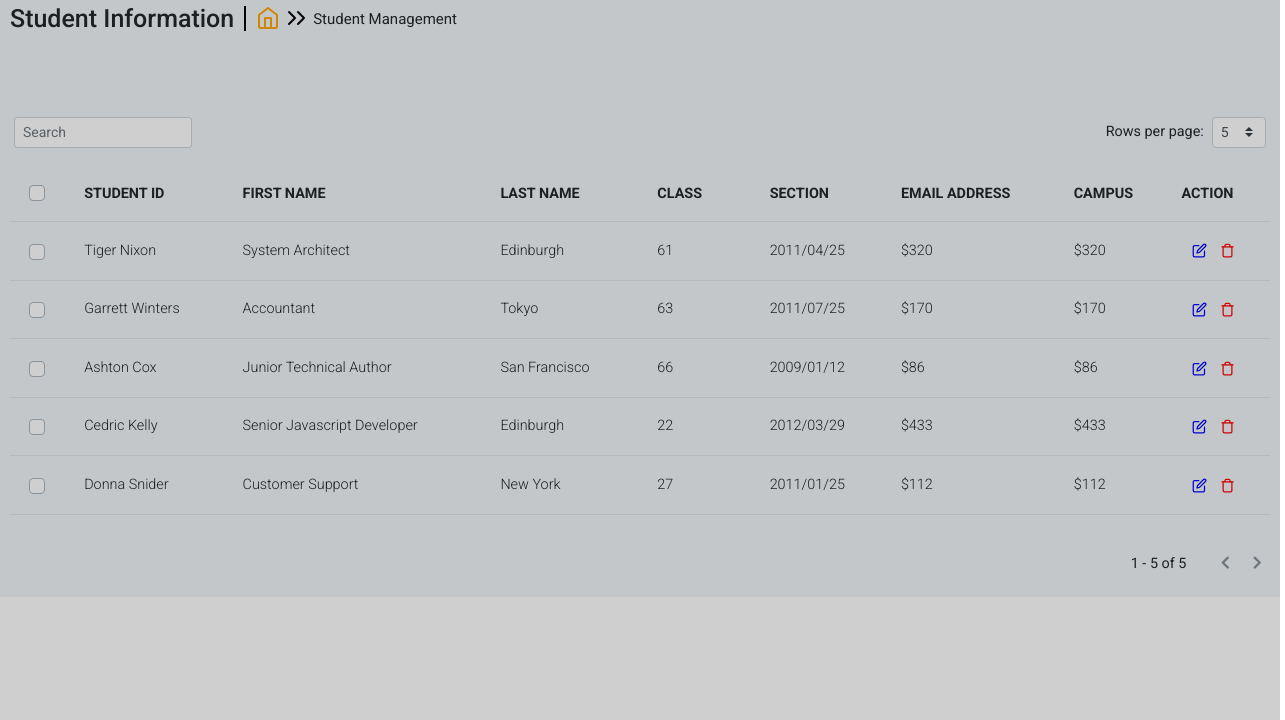
Repository: deepakrajput1998/hestabit_assignment
Page: /
An editor plug-in stored every save of this project. The page is shown before and after the next save, followed by the edit.
The browser window is 1280 px wide. The page is 1285 px wide, so the pictures cover 1285 px, including what lies to the right of the window. The pictures show the whole page.
The project was rebuilt for these pictures with package versions that can differ from the ones it lists, and the page was loaded fresh each time.

Above is the page before, as saved 2021-07-25 05:30:55.

### src/index.js
import React from 'react';
import ReactDOM from 'react-dom';
import './index.css';
import App from './App';
import reportWebVitals from './reportWebVitals';
import "@fortawesome/fontawesome-free/css/all.min.css";
import "bootstrap-css-only/css/bootstrap.min.css";
import "mdbreact/dist/css/mdb.css";
ReactDOM.render(
  <React.StrictMode>
    <App />
  </React.StrictMode>,
  document.getElementById('root')
);

// If you want to start measuring performance in your app, pass a function
// to log results (for example: reportWebVitals(console.log))
// or send to an analytics endpoint. Learn more: https://bit.ly/CRA-vitals
reportWebVitals();

### src/Pages/StudentListing/StudentListing.js
import React from 'react'
import classes from "./StudentListing.module.css";
import {Home ,ChevronRight} from 'react-feather'
import DataTable from '../../Component/Common/DataTable/DataTable';
import { Sidedrawer } from '../../Component/Sidedrawer/Sidedrawer';
import { useRef } from 'react';
import Backdrop from '../../Component/Common/Backdrop/Backdrop';
const StudentListing = () => {
   const sideDrawerRef= useRef()
    return (
      <div>
        <Sidedrawer sideDrawerRef={sideDrawerRef} />
        <div className={classes.StudentListing_header}>
          <span className={classes.StudentListing_title}>
            Student Information
          </span>
          <div className={classes.StudentListing_seprator}></div>
          <span style={{ marginTop: "5px" }}>
            {" "}
            <Home color="orange" />
          </span>
          <span style={{ marginTop: "5px" }}>
            {" "}
            <ChevronRight color="black" />
            <ChevronRight style={{ marginLeft: "-15px" }} color="black" />
          </span>
          <span className={classes.StudentListing_title2}>
            Student Management
          </span>
        </div>
        <div className="">
          <DataTable sideDrawerRef={sideDrawerRef} />
        </div>
        <Backdrop />
      </div>
    );
}

export default StudentListing

### src/Pages/StudentListing/StudentListing.module.css
.StudentListing_title{
    font-size: 25px;
    font-weight: 500;
}
.StudentListing_title2{
    font-size: 15px;
    font-weight: 400;
     margin-block: auto;
}
.StudentListing_seprator{
    height: 25px;
    width:2px;
    background-color: black;
    margin-block: auto;
    margin-inline: 10px;
}
.StudentListing_header{
    display: flex;
    margin-bottom: 5%;
}

### src/Component/Common/DataTable/DataTable.js
import React from "react";
import { MDBDataTableV5 } from "mdbreact";
import { Edit, Trash } from "react-feather";
import { useEffect } from "react";

export default function DataTable({sideDrawerRef,...rest}) {

    function openNav() {
    sideDrawerRef.current.style.width = "350px";
    }
  const [datatable, seatatable] = React.useState({
    columns: [
      {
        label: "STUDENT ID",
        field: "sid",
        width: 150,
        attributes: {
          "aria-controls": "DataTable",
          "aria-label": "Name",
        },
      },
      {
        label: "FIRST NAME",
        field: "fname",
        width: 270,
      },
      {
        label: "LAST NAME",
        field: "lname",
        width: 270,
      },
      {
        label: "CLASS",
        field: "class",
        width: 200,
      },
      {
        label: "SECTION",
        field: "section",
        sort: "asc",
        width: 100,
      },
      {
        label: "EMAIL ADDRESS",
        field: "email",
        sort: "disabled",
        width: 150,
      },
      {
        label: "CAMPUS",
        field: "campus",
        sort: "disabled",
        width: 100,
      },
      {
        label: "ACTION",
        field: "action",
        sort: "disabled",
        width: 100,
      },
    ],
    rows: [
      {
        sid: "Tiger Nixon",
        fname: "System Architect",
        lname: "Edinburgh",
        class: "61",
        section: "2011/04/25",
        email: "$320",
        campus: "$320",
        action: (
          <>
            <Edit style={{cursor:'pointer', marginInline:'10px'}} color='blue' size={15} />{" "}
            <Trash color='red' size={15} />
          </>
        ),
      },
      {
        sid: "Garrett Winters",
        fname: "Accountant",
        lname: "Tokyo",
        class: "63",
        section: "2011/07/25",
        email: "$170",
        campus: "$170",
        action: (
          <>
            <Edit style={{cursor:'pointer', marginInline:'10px'}} onClick={()=>{
                openNav()
            }} color='blue' size={15} /> <Trash color='red'  size={15} />
          </>
        ),
      },
      {
        sid: "Ashton Cox",
        fname: "Junior Technical Author",
        lname: "San Francisco",
        class: "66",
        section: "2009/01/12",
        email: "$86",
        campus: "$86",
        action: (
          <>
            <Edit style={{cursor:'pointer', marginInline:'10px'}} color='blue' size={15} /> <Trash color='red'  size={15} />
          </>
        ),
      },
      {
        sid: "Cedric Kelly",
        fname: "Senior Javascript Developer",
        lname: "Edinburgh",
        class: "22",
        section: "2012/03/29",
        email: "$433",
        campus: "$433",
        action: (
          <>
            <Edit style={{cursor:'pointer', marginInline:'10px'}} color='blue' size={15} /> <Trash color='red'  size={15} />
          </>
        ),
      },

      {
        sid: "Donna Snider",
        fname: "Customer Support",
        lname: "New York",
        class: "27",
        section: "2011/01/25",
        email: "$112",
        campus: "$112",
        action: (
          <>
            <Edit style={{cursor:'pointer', marginInline:'10px'}} color='blue' size={15} /> <Trash color='red'  size={15} />
          </>
        ),
      },
    ],
  });
  const [checkbox1, setCheckbox1] = React.useState("");

  const showLogs2 = (e) => {
    setCheckbox1(e);
  };

  return (
    <>
      <MDBDataTableV5
        hover
        entriesOptions={[5, 20, 25]}
        entries={5}
        pagesAmount={4}
        data={datatable}
        checkbox
        headCheckboxID="id41"
        bodyCheckboxID="checkboxes41"
        getValueCheckboxes={(e) => {
          showLogs2(e);
        }}
        getValueAllCheckBoxes={(e) => {
          showLogs2(e);
        }}
        multipleCheckboxes
        filledCheckboxes
        pagingTop
        searchTop
        searchBottom={false}

      />
    </>
  );
}

### src/Component/Sidedrawer/Sidedrawer.js
import React from 'react'
import { useRef } from 'react';
import classes from "./Sidedrawer.module.css";

export const Sidedrawer = ({onOpenClick,...rest}) => {


    function closeNav() {
     rest.sideDrawerRef.current.style.width = "0";
    }
    return (
      <div>
        <div
          ref={rest.sideDrawerRef}
          id="mySidenav"
          className={classes.sidenav}
        >
          <div style={{ display: "flex" }}>
            {" "}
            <span className={classes.sidenav_title} >Edit Student</span>
            <span
              href="javascript:void(0)"
              className={classes.closebtn}
              onClick={() => {
                closeNav();
              }}
            >
              &times;
            </span>
          </div>
          <div className={classes.sidenav_container}>
           hi
          </div>
        </div>
      </div>
    );
}

### src/Component/Common/Backdrop/Backdrop.js
import React from "react";
import classes from "./Backdrop.module.css";
const Backdrop = ({ onCancelHandler=()=>{}, ...rest }) => {
  return (
    <div onClick={() => onCancelHandler()} className={classes.BackDrop}></div>
  );
};
export default Backdrop;

### src/Component/Sidedrawer/Sidedrawer.module.css
.sidenav {
  height: 100%;
  width: 0;
  position: fixed;
  z-index: 2;
  top: 0;
  right: 0;
  background-color: #fff;
  overflow-x: hidden;
  transition: 0.5s;


}

.sidenav_container{

 padding: 18px;
 padding-top: 60px;
}





.sidenav .closebtn {
  position: absolute;
  top: -5px;
  right: 5px;
  font-size: 36px;
 text-decoration: none;
  font-size: 35px;
  color: #818181;
  transition: 0.3s;
      cursor: pointer;
}
.closebtn :hover{
    color: black;

}

@media screen and (max-height: 450px) {
  .sidenav {padding-top: 15px;}
  .sidenav a {font-size: 18px;}
}
.sidenav_title{
    font-weight: 400;
    font-size: 20px;
    margin-inline: 20px;
}

### src/Component/Common/Backdrop/Backdrop.module.css
.BackDrop {
  position: fixed;
  top: 0;
  left: 0;
  right: 0;
  bottom: 0;
  background-color: #111;
  opacity: 0.2;
  z-index: 1;
}

Loaded but not shown: public/index.html (common file); src/index.css (common file); src/App.js (common file); src/reportWebVitals.js (common file); src/App.css (common file)

After the next save:
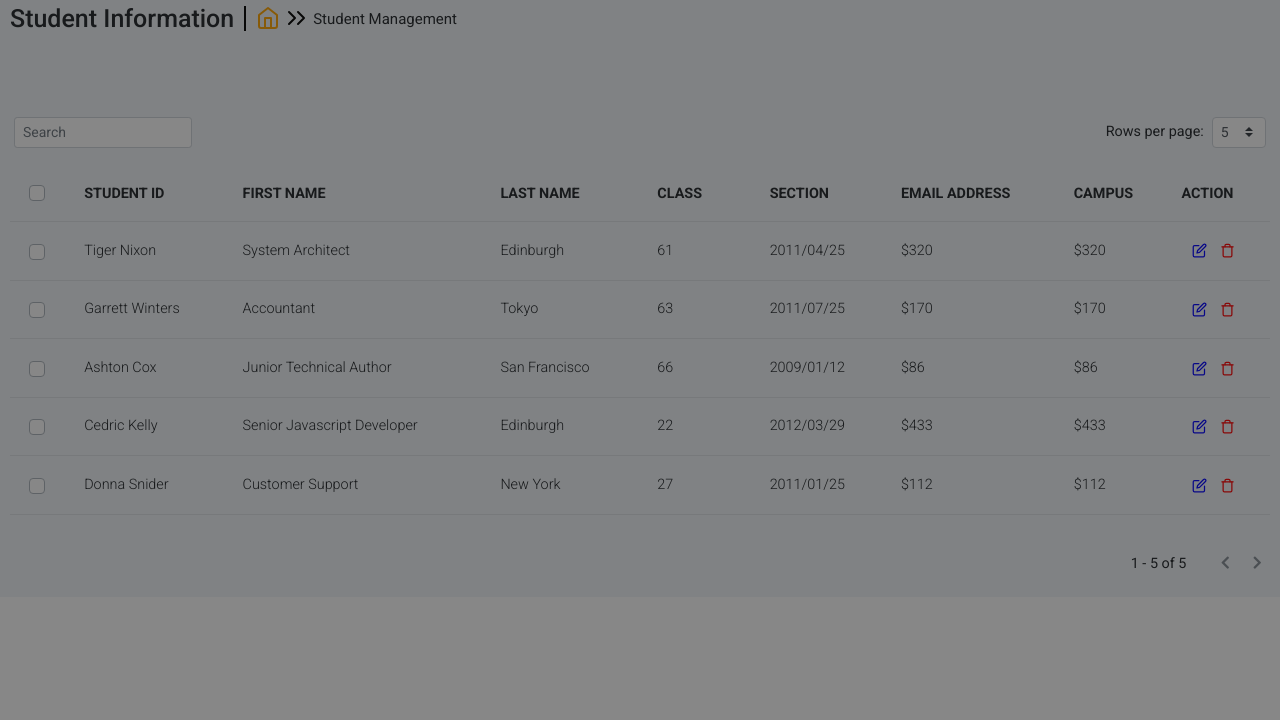
Saved 6 s later.
--- a/src/Component/Common/Backdrop/Backdrop.module.css
+++ b/src/Component/Common/Backdrop/Backdrop.module.css
@@ -5,6 +5,6 @@
   right: 0;
   bottom: 0;
   background-color: #111;
-  opacity: 0.2;
+  opacity: 0.5;
   z-index: 1;
 }
